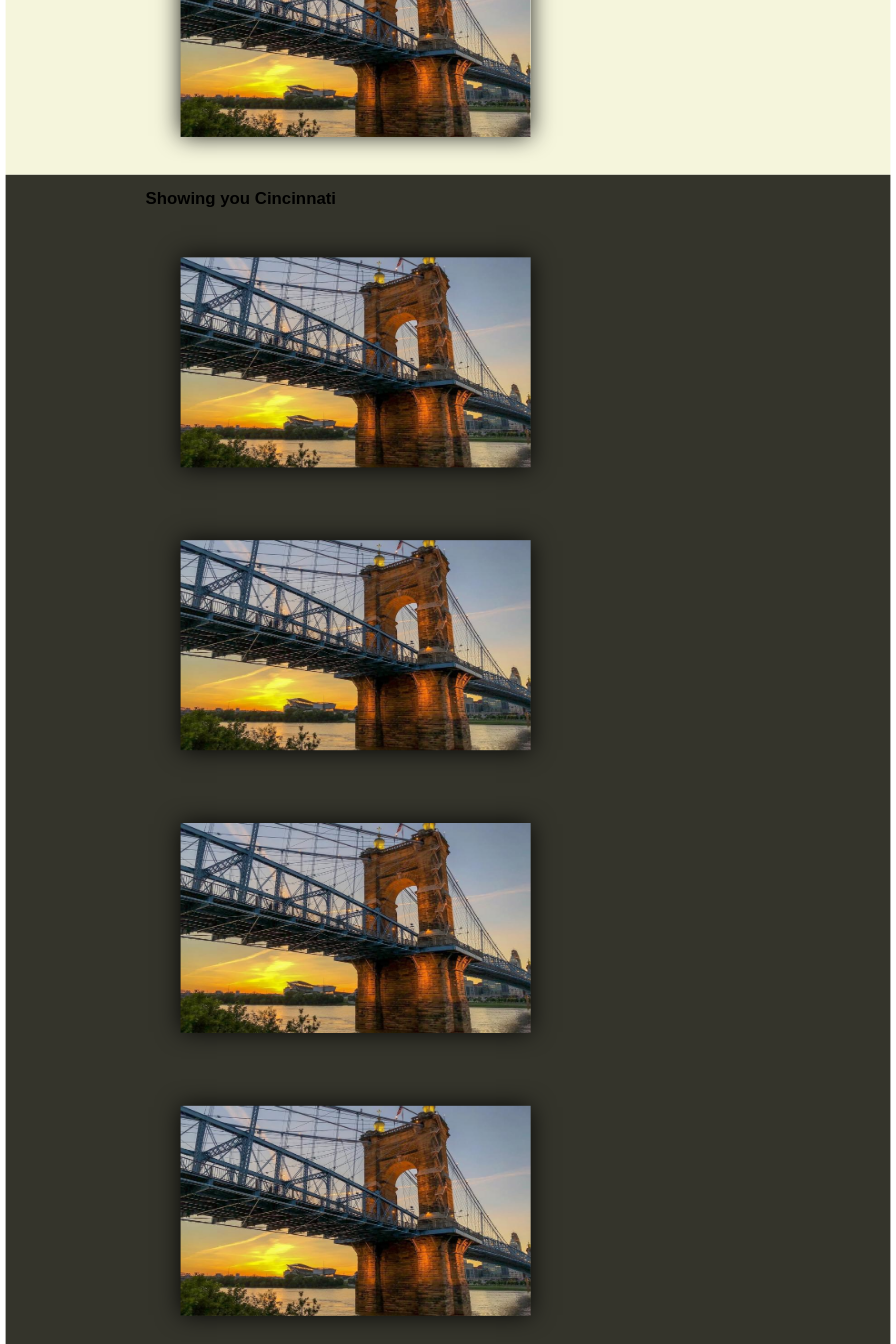
Repository: LtGriff/capstoneprogress
Page: index.html
An editor plug-in stored every save of this project. The page is shown before and after a run of saves, followed by the edit.
The browser window is 1280 px wide. The pictures show the part of the page from y = 1844 to 3764 px (the page is 4190 px tall before and 4594 px after), at 70% of full size.

Above is the page before, as saved 2022-06-06 00:32:21.

After the next 2 saves:
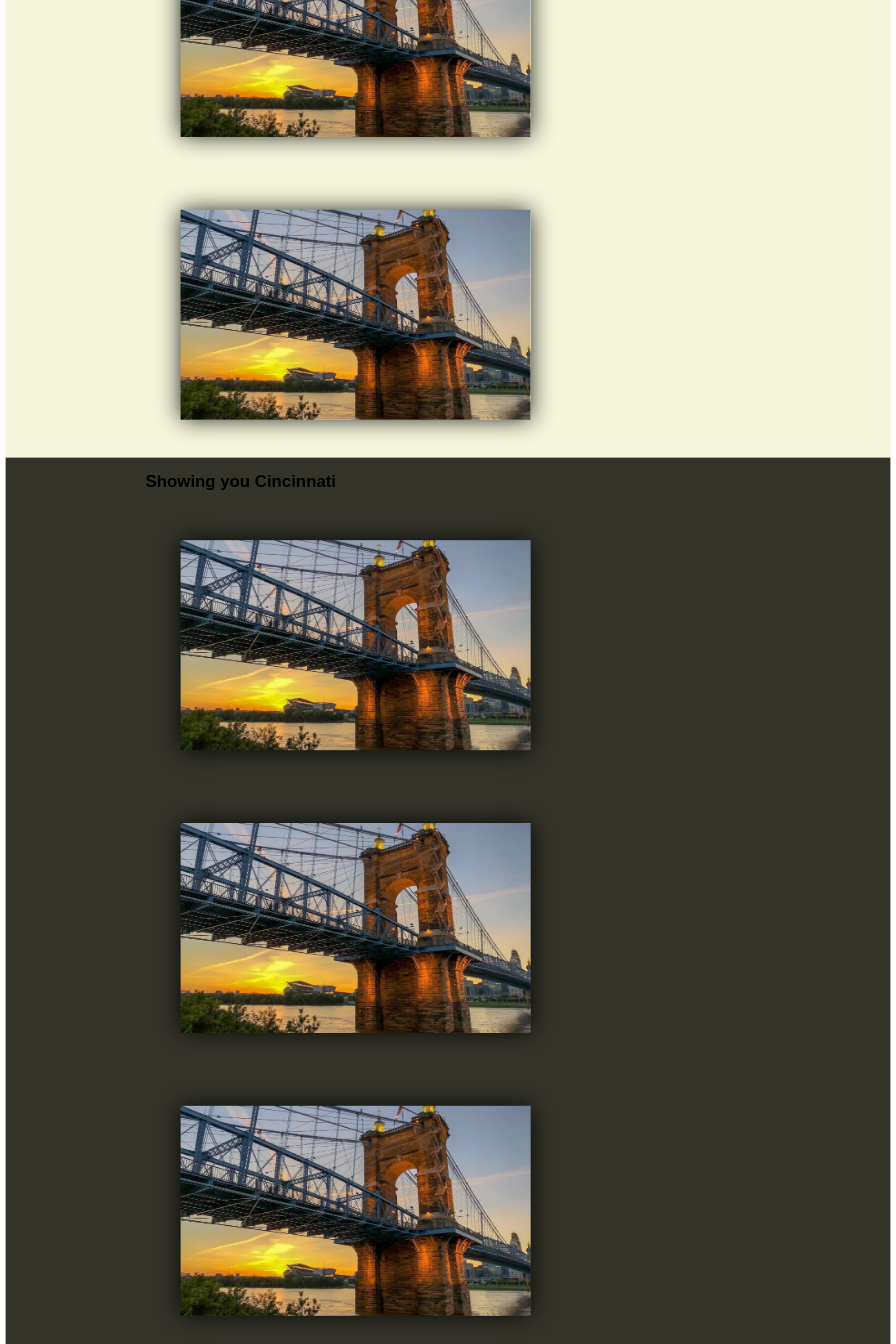
The 2 saves are shown as one change because they came seconds apart.
The last was saved 64 s later.
--- a/index.html
+++ b/index.html
@@ -50,6 +50,12 @@
 
 
      </div>
+
+     <div class="picture">
+          <img src="img/bridge.jpg" alt="bridge">
+
+
+     </div>
 </section>
 
 
